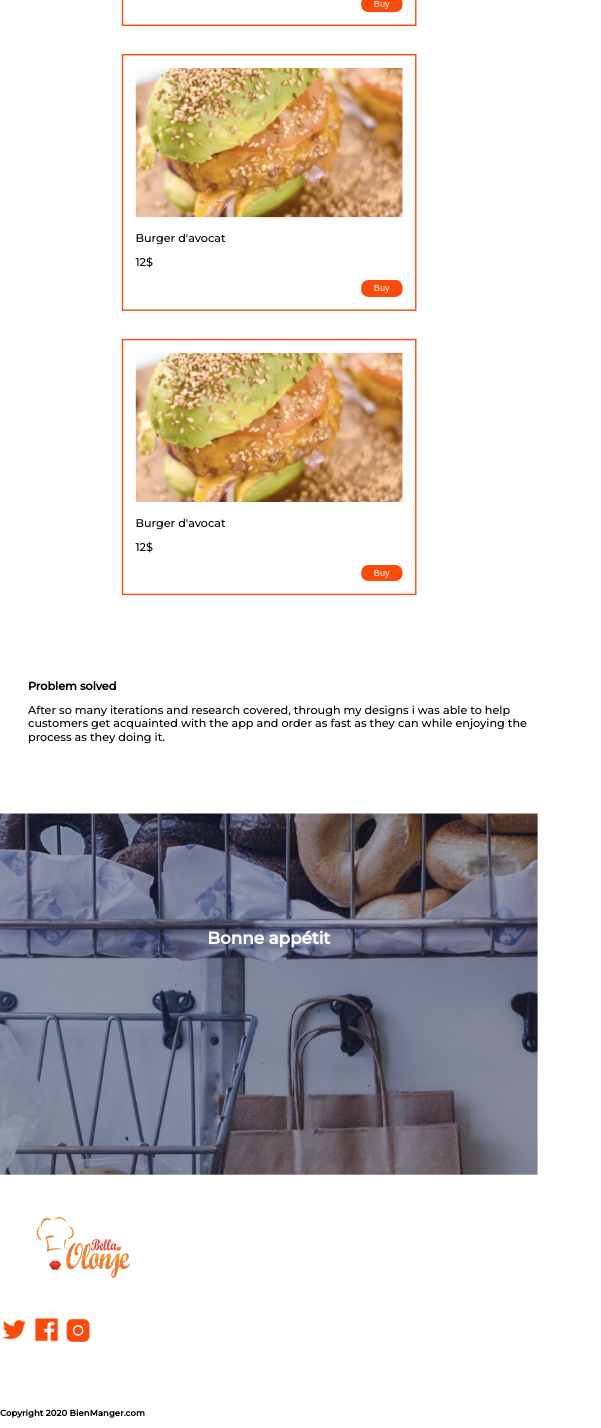
Repository: Ahlam-belhadj/bella-olange
Page: index.html
The author's editor kept a copy of each file at every save. The page is drawn from the files as they stood at one save, then again after the next save.
The browser window is 768 px wide. The page is 858 px wide, so the pictures cover 858 px, including what lies to the right of the window. The pictures show the part of the page from y = 4203 to 6443 px (the page is 6243 px tall before and 6443 px after), at 70% of full size.

Above is the page before, as saved 2023-02-12 00:41:51.

### index.html
<!DOCTYPE html>
<html lang="en">

<head>
    <meta charset="UTF-8">
    <meta http-equiv="X-UA-Compatible" content="IE=edge">
    <meta name="viewport" content="width=device-width, initial-scale=1.0">
    <link rel="stylesheet" href="style.css">
    <title>Bella olanje</title>
</head>

<body>
    <header>
        <nav>
            <div class="logo"><img  class="logo" src="image/logo_bella_olonje.png" alt="logo"></div>
            <ul>
                <li><a href="#" class="nav-link">Home</a></li>
                <li><a href="#" class="nav-link">Pizza</a></li>
                <li><a href="#" class="nav-link">Burgers</a></li>
                <li><a href="#" class="nav-link">Salade</a></li>
                <li><a href="#" class="nav-link">Contact</a></li>

            </ul>
            <div class="icon_navbar">
                <label for="click" class="menu-btn">
                  <i class="fas fa-bars"></i>
                </label>
            </div>
          </nav>

        <div class="title">
            <div class="texte">
                <h3>Food app</h3>
                <h1>Chez Bella <br>
                    chaque désire s'additionne.</h1>
            </div>
        </div>
    </header>
    <main>
        <h2 id="pizza" >Nos Pizza</h2>
        <div class="container-card">
            <div class="border">
                <div class="card-img">
                    <img src="image/fromage.png" alt="">
                </div>
                <div class="card-text">
                    <p>
                        Pizza 4 Fromage
                    </p>
                </div>
                <div class="prix">
                    <p>
                        12$
                    </p>
                </div>
                <div class="button1">
                    <a href="index2.html"><button class="button" type="button">Buy</button></a>
                </div>
            </div>
            <div class="border">
                <div class="card-img">
                    <img src="image/fromage.png" alt="">
                </div>
                <div class="card-text">
                    <p>
                        Pizza 4 Fromage
                    </p>
                </div>
                <div class="prix">
                    <p>
                        12$
                    </p>
                </div>
                <div class="button1">
                    <a href="index2.html"><button class="button" type="button">Buy</button></a>
                </div>
            </div>
            <div class="border">
                <div class="card-img">
                    <img src="image/fromage.png" alt="">
                </div>
                <div class="card-text">
                    <p>
                        Pizza 4 Fromage
                    </p>
                </div>
                <div class="prix">
                    <p>
                        12$
                    </p>
                </div>
                <div class="button1">
                    <a href="index2.html"><button class="button" type="button">Buy</button></a>
                </div>
            </div>
        </div>
        <hr id="burgers">
        <h2>Nos Burgers</h2>
        <div class="container-card">
            <div class="border">
                <div class="card-img">
                    <img src="image/salade.png" alt="">
                </div>
                <div class="card-text">
                    <p>
                        Burger d'avocat
                    </p>
                </div>
                <div class="prix">
                    <p>
                        12$
                    </p>
                </div>
                <div class="button1">
                    <a href="index2.html"><button class="button" type="button">Buy</button></a>
                </div>
            </div>
            <div class="border">
                <div class="card-img">
                    <img src="image/salade.png" alt="">
                </div>
                <div class="card-text">
                    <p>
                        Burger d'avocat
                    </p>
                </div>
                <div class="prix">
                    <p>
                        12$
                    </p>
                </div>
                <div class="button1">
                    <a href="index2.html"><button class="button" type="button">Buy</button></a>
                </div>
            </div>
            <div class="border">
                <div class="card-img">
                    <img src="image/salade.png" alt="">
                </div>
                <div class="card-text">
                    <p>
                        Burger d'avocat
                    </p>
                </div>
                <div class="prix">
                    <p>
                        12$
                    </p>
                </div>
                <div class="button1">
                    <a href="index2.html"><button class="button" type="button">Buy</button></a>
                </div>
            </div>
        </div>
        <hr id="salade">
        <h2>Nos Salade</h2>
        <div class="container-card">
            <div class="border">
                <div class="card-img">
                    <img src="image/burger.png" alt="">
                </div>
                <div class="card-text">
                    <p>
                        Burger d'avocat
                    </p>
                </div>
                <div class="prix">
                    <p>
                        12$
                    </p>
                </div>
                <div class="button1">
                    <a href="index2.html"><button class="button" type="button">Buy</button></a>
                </div>
            </div>
            <div class="border">
                <div class="card-img">
                    <img src="image/burger.png" alt="">
                </div>
                <div class="card-text">
                    <p>
                        Burger d'avocat
                    </p>
                </div>
                <div class="prix">
                    <p>
                        12$
                    </p>
                </div>
                <div class="button1">
                    <a href="index2.html"><button class="button" type="button">Buy</button></a>
                </div>
            </div>
            <div class="border">
                <div class="card-img">
                    <img src="image/burger.png" alt="">
                </div>
                <div class="card-text">
                    <p>
                        Burger d'avocat
                    </p>
                </div>
                <div class="prix">
                    <p>
                        12$
                    </p>
                </div>
                <div class="button1">
                    <a href="index2.html"><button class="button" type="button">Buy</button></a>
                </div>
            </div>
        </div>


        <strong>
            Problem solved
        </strong>


        <p class="texte3">After so many iterations and research covered, through my designs i was able to help <br> customers get
            acquainted
            with the app and order as fast as they can while enjoying the <br>
            process as they doing it.</p>



        <div class="title1">
            <div class="texte">
                <h2>Bonne appétit</h2>
            </div>
        </div>

        <footer class="footer">
            <img class="footer_logo" src="image/logo_bella_olonje.png" alt="logo">
            <div class="social">
                <img src="image/ant-design_twitter-outlined.png" alt="panier">
                <img src="image/ant-design_facebook-filled.png" alt="facebook">
                <img src="image/instagram.png" alt="insta">
            </div>
            <p class="copy">Copyright 2020 BienManger.com</p>
        </footer>
    </main>

</body>

</html>

### style.css
@import url('https://fonts.googleapis.com/css2?family=Montserrat:wght@100;200;500&display=swap');

body {
    font-family: Montserrat, sans-serif;
    margin: auto;
}


.logo {
    height: 80px;
}

nav {
    display: flex;
    height: 80px;
    width: 100%;
    background: white;
    align-items: center;
    justify-content: space-between;
    padding: 0 50px 0 100px;
    flex-wrap: wrap;
  }

  nav .logo {
    color: #fff;
    font-size: 20px;
    text-transform: uppercase;
    text-decoration: none;
  }

  nav a {
    color: #fff;
    text-decoration: none;
  }

  nav ul {
    display: flex;
    flex-wrap: wrap;
    list-style: none;

  }

  nav ul li {
    margin: 0 5px;
  }

  nav ul li a {
    color: black;
    text-decoration: none;
    font-size: 16px;
    font-weight: 500;
    padding: 8px 15px;
    border-radius: 5px;
    letter-spacing: 1px;
    transition: all 0.3s ease;
  }

  nav .icon_navbar {
    display: flex;
  }



  nav .menu-btn i {
    color: #050505;
    font-size: 22px;
    cursor: pointer;

  }

  input[type="checkbox"] {
    display: none;
  }

  @media (max-width: 1000px) {
    nav {
      padding: 0 40px 0 50px;
    }

    nav .logo {
      color: #fff;
      font-size: 16px;
      text-transform: uppercase;
    }
  }

  @media (max-width: 1250px) {
    nav .menu-btn i {
      display: block;
    }

    #click:checked~.menu-btn i:before {
      content: "\f00d";
    }

    nav ul {
      position: fixed;
      top: 80px;
      right: -100%;
      background: #C81100;
      height: 100vh;
      width: 60%;
      text-align: center;
      display: block;
      transition: all 0.3s ease;
    }

    #click:checked~ul {
      right: 0;
    }

    nav ul li {
      width: 100%;
      margin: 40px 0;
    }

    nav ul li a {
      width: 100%;
      display: block;
      font-size: 20px;
      transition: 0.6s cubic-bezier(0.68, -0.55, 0.265, 1.55);
    }

    #click:checked~ul li a {
      margin-left: 0px;
    }

    nav ul li a.active,
    nav ul li a:hover {
      background: none;
      color: #1E1E1E;
    }
  }

.title {
  background-image: url(image/Rectangle\ 48.png);
  height: 619px;
  background-repeat: no-repeat;
  background-position: center;
  background-size: cover;



}

.texte{
    color: white;
    display: flex;
    align-items: center;
    justify-content: center;
    flex-direction: column;
    text-align: center;
    height: 50%;
}

h2{
    text-align:center;
    padding-top: 100px;
}

.container-card{
    display: flex;
    flex-direction: row;
    justify-content: space-around;
    align-items: center;
    margin-bottom: 100px;

}

.border{
    border: 2px solid #fa4a0c;
    padding: 18px;

}


.button {
    border: 0;
    line-height: 1.8;
    padding: 0 18px;
    font-size: 13px;
    text-align: center;
    color: #fff;
    border-radius: 10px;
    background-color:#FA4A0C;

}


.button1{
    display: flex;
    justify-content: end;

}

.imgf{
    height: 619px;
}

.title1 {
    background-image: url(image/Rectangle\ 47.png);
    height: 516px;
    background-repeat: no-repeat;
    background-position: center;
    background-size: cover;



}

p.texte3 {

    margin-bottom: 100px;
    padding-left: 40px;
}

.footer {
    padding: 0 115px 54px 115px;
    display: flex;
    flex-direction: row;
    justify-content: space-between;
}

.footer_logo {
    padding-top: 17px;
    height: 90px;
}

.social {
    padding-top: 66px;
}

.copy {
    padding-top: 74px;
    font-family: Montserrat;
    font-style: normal;
    font-weight: 700;
    font-size: 12px;
    line-height: 18px;
    letter-spacing: 0.2px;
}


hr {
    width: 50%;
    height: 2px;
    background-color:#E4E4E4;
    border: none;
}

strong {
    padding-left: 40px;

}



@media (max-width:801px) {

    .container-card{
        flex-direction: column;
    }

    .border {
        margin: 20px;
    }


    .footer{
        padding: 0;
        display: flex;
        flex-direction: column;
    }


    .footer_logo{
        width: 150px;
        height: 100px;
       padding: 50px;
    }
    .social {
        padding: 0;
    }

    .nav-menu {
        width: 105%;
    }



}

After the next save:
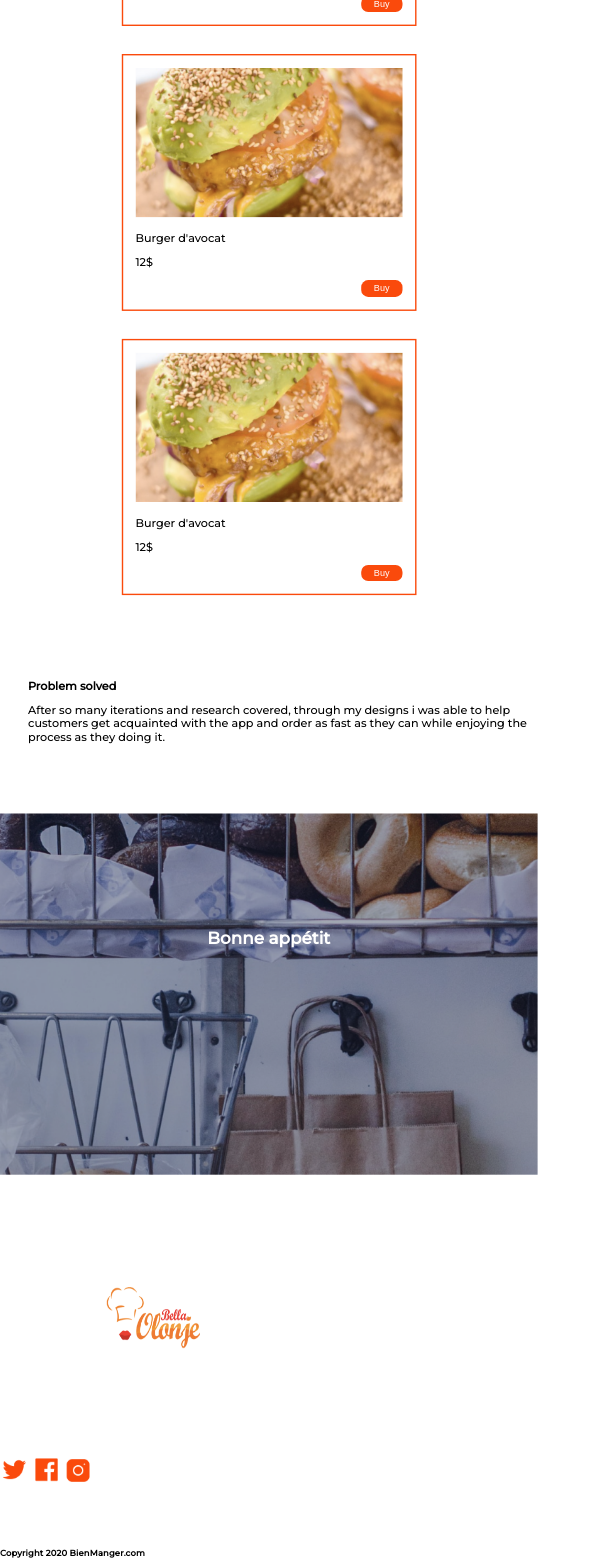
Saved 8 s later.
--- a/style.css
+++ b/style.css
@@ -276,7 +276,7 @@ strong {
     .footer_logo{
         width: 150px;
         height: 100px;
-       padding: 50px;
+       padding: 150px;
     }
     .social {
         padding: 0;
